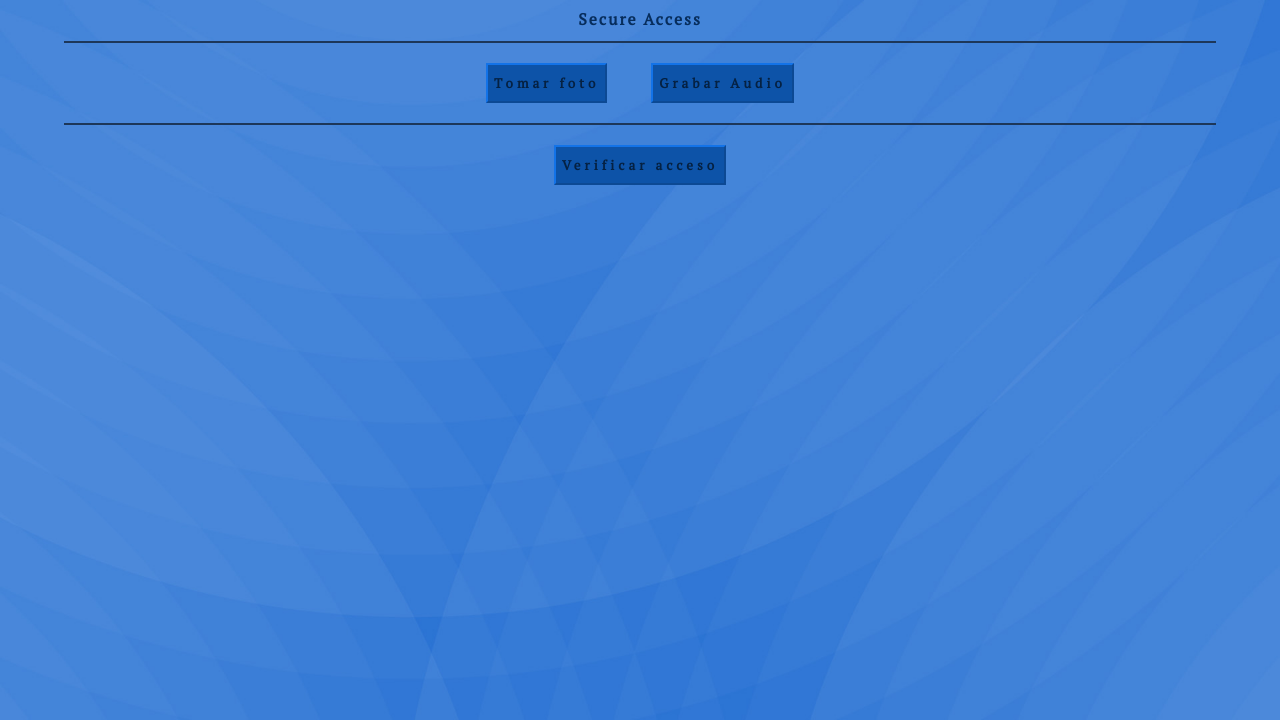
Repository: dabarreiroh/SECURE-ACCESS
Page: accessecure/templates/home/index.html
These files come from the project's save history. The page is drawn as it stood at one moment and after the next save; the edit follows.
The browser window is 1280 px wide. The pictures show the whole page.

Above is the page before, as saved 2020-03-16 23:48:18.

### accessecure/templates/home/index.html
<html>
    <head>
        <link rel="stylesheet" href="./../../static/admin/css/index/index.css">
        <link href="https://fonts.googleapis.com/css?family=PT+Serif&display=swap" rel="stylesheet">

    </head>
<body>

<h1>Secure Access</h1>

<div class="options">
    <input type="button" value="Tomar foto" onClick="window.location.href='photo'">
    <input type="button" value="Grabar Audio" onClick="window.location.href='audio'">
</div>


<div>
    <input type="button" value="Verificar acceso" onClick="window.location.href='verified'">
</div>

</body>
</html>

### accessecure/static/admin/css/index/index.css
*{
    text-align: center;
    font-family: 'PT Serif', serif;
}

body{
    background-image: url(../../img/background.jpg);
    background-size: cover;
}

h1{
    color: #072D5C;
    /* color: #1D3759; */
    letter-spacing: 2px;
    font-size: medium;
}

.options{
    border: solid #1D3759;
    border-width: 2px 0px;
    width: 90vw;
    margin: 0 auto;
}

input{
    margin: 20px;
    height: 40px;
    letter-spacing: 0.3em;
    background-color: #0D53A8;
    border: 2px solid #1373E8;
    border-style: outset;
    color: #052142;
    font-weight: bold;
}

After the next save:
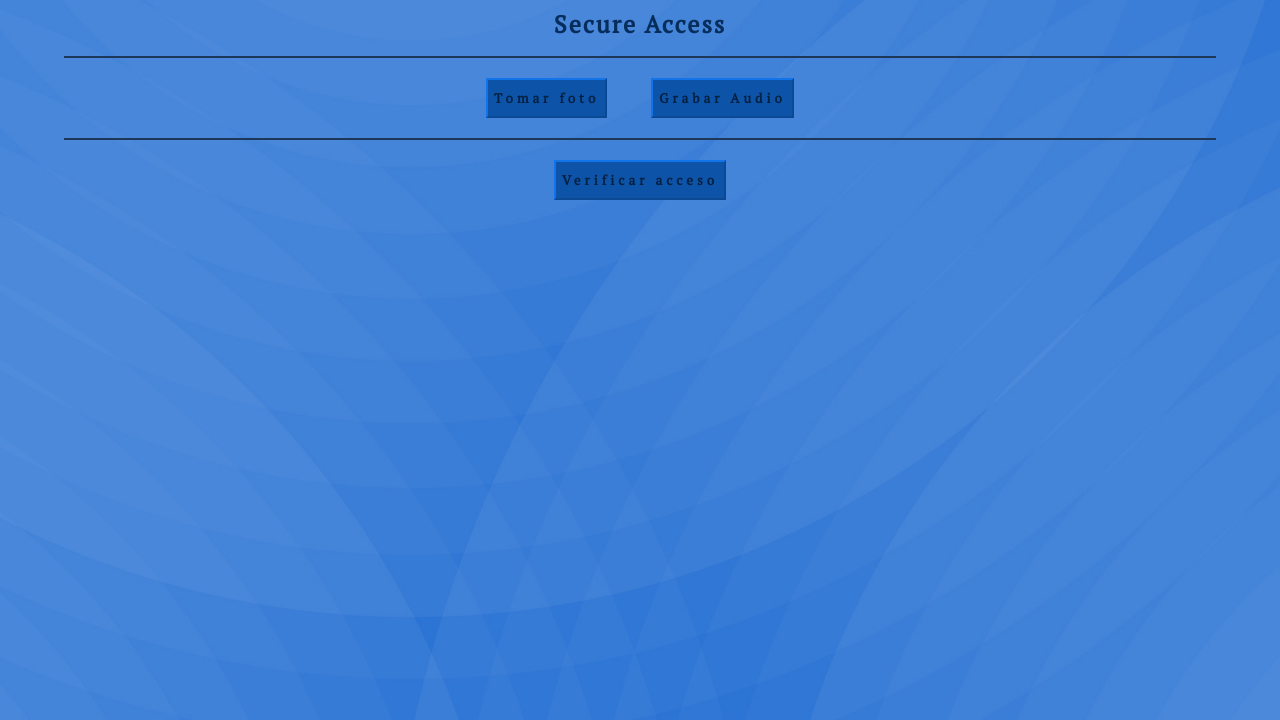
Saved 17 s later.
--- a/accessecure/static/admin/css/index/index.css
+++ b/accessecure/static/admin/css/index/index.css
@@ -12,7 +12,7 @@ h1{
     color: #072D5C;
     /* color: #1D3759; */
     letter-spacing: 2px;
-    font-size: medium;
+    font-size: x-large;
 }
 
 .options{
